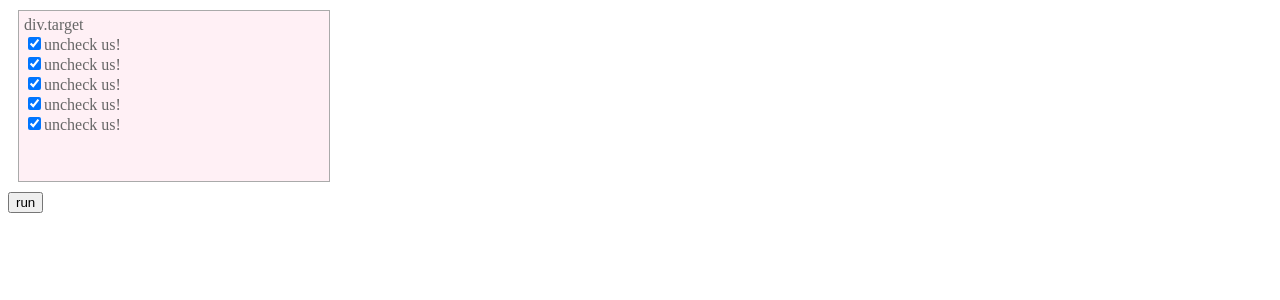
Repository: silenttemplar/java_start_project
Page: hansung_ee_2014/hansung_jquery_exercise/WebContent/uncheck_check_box.html
These files come from the project's save history. The page is drawn as it stood at one moment and after the next save; the edit follows.
The browser window is 1280 px wide. The pictures show the whole page.
After loading, the first visible `input[onclick="run()"]` was clicked once.

Above is the page before, as saved 2014-08-27 06:30:43.

### hansung_ee_2014/hansung_jquery_exercise/WebContent/uncheck_check_box.html
<!DOCTYPE html>
<html>
<head>
<meta charset="UTF-8">
<title>Insert title here</title>
<script src="./jquery-2.1.0.min.js"></script>
<script type="text/javascript">
	/*
	 * 대상 :
	 * 기능 :
	 * 함수 :
	 */
	function run() {
		$("input:checked").attr("checked", "false");
	}
</script>
</head>
<body>
<div class="target" style="color: rgb(102, 102, 102);
		 width: 300px; height: 160px;
		  border: 1px solid rgb(170, 170, 170);
		   background-color: rgb(255, 240, 245);
		    margin: 10px; padding: 5px;">div.target<br>
	      <label><input type="checkbox" checked="checked"
	         data-role="none">uncheck us!</label><br>
	      <label><input type="checkbox" checked="checked"
	         data-role="none">uncheck us!</label><br>
	      <label><input type="checkbox" checked="checked"
	         data-role="none">uncheck us!</label><br>
	      <label><input type="checkbox" checked="checked"
	         data-role="none">uncheck us!</label><br>
	      <label><input type="checkbox" checked="checked"
	         data-role="none">uncheck us!</label><br>
</div>
<input type="button" value="run" onclick="run()" />
</body>
</html>

Loaded but not shown: hansung_ee_2014/hansung_jquery_exercise/WebContent/jquery-2.1.0.min.js (library)

After the next save:
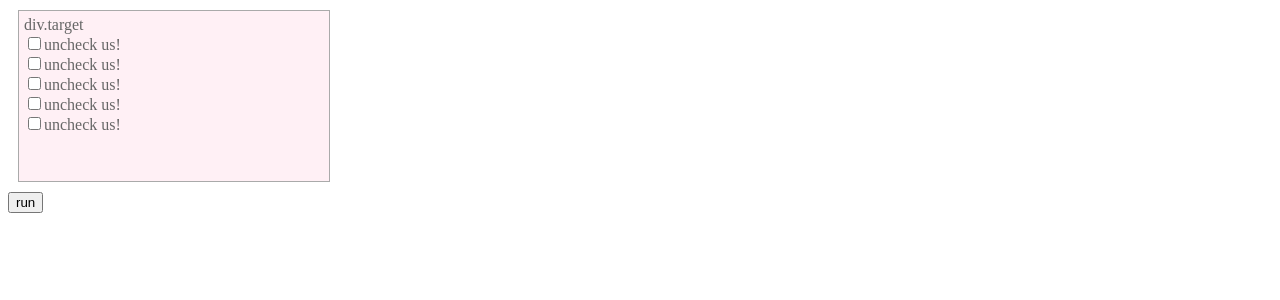
Saved 9 s later.
--- a/hansung_ee_2014/hansung_jquery_exercise/WebContent/uncheck_check_box.html
+++ b/hansung_ee_2014/hansung_jquery_exercise/WebContent/uncheck_check_box.html
@@ -11,7 +11,7 @@
 	 * 함수 :
 	 */
 	function run() {
-		$("input:checked").attr("checked", "false");
+		$("input:checked").attr("checked", false);
 	}
 </script>
 </head>
